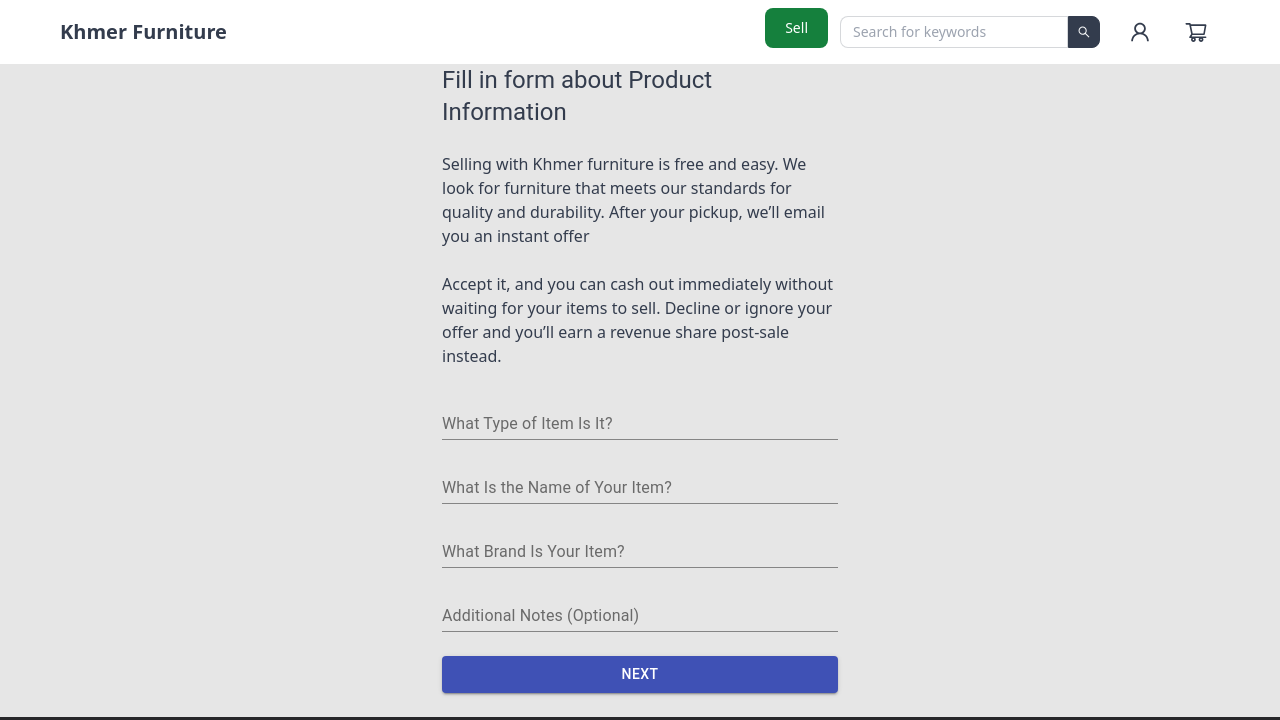
Repository: PlayerNguyen/dotot-shop
Page: /sell (app in client/)
These files come from the project's save history. The page is drawn as it stood at one moment and after the next save; the edit follows.
The browser window is 1280 px wide. The pictures show the whole page.
An inner scrolling area shows only its first screen. The project was rebuilt for these pictures with package versions that can differ from the ones it lists, and the page was loaded fresh each time. Also part of the build but not shown: client/src/components/NoMatch/NoMatch.jsx, client/src/components/Sell/UserDetails.js, client/src/components/Sell/Confirmation.js, client/src/components/Sell/Success.js.

Above is the page before, as saved 2022-12-08 12:40:42.

### client/src/index.html
<!DOCTYPE html>
<html lang="en" data-theme="emerald">
  <head>
    <meta charset="UTF-8" />
    <meta http-equiv="X-UA-Compatible" content="IE=edge" />
    <meta name="viewport" content="width=device-width, initial-scale=1.0" />
    <title>dotot.com - Nơi mua bán đồ cũ</title>
    <link rel="stylesheet" href="./index.css" />
  </head>
  <body>
    <div id="app"></div>

    <script src="./index.js" type="module"></script>
  </body>
</html>

### client/src/index.js
import React, { Suspense } from "react";
import client from "react-dom/client";
import { BrowserRouter } from "react-router-dom";
import App from "./App";
import "./index.css";
const appElement = document.getElementById("app");
let root = client.createRoot(appElement);
import { Provider } from "react-redux";
import { store } from "./stores/globalStore";

root.render(
  <React.StrictMode>
    <BrowserRouter>
      <Provider store={store}>
        <App />
      </Provider>
    </BrowserRouter>
  </React.StrictMode>
);

### client/src/App.jsx
import React, { Suspense } from "react";
import { ToastContainer } from "react-toastify";
import { Link, Route, Routes } from "react-router-dom";
const Home = React.lazy(() => import("./components/Home/Home"));
const Credentials = React.lazy(() =>
  import("./components/Credentials/Credentials")
);
import "react-toastify/dist/ReactToastify.css";
const SignUp = React.lazy(() => import("./components/Credentials/SignUp"));
const SignIn = React.lazy(() => import("./components/Credentials/SignIn"));
import Navbar from "./components/Navbar/Navbar";
const SignOut = React.lazy(() => import("./components/Credentials/SignOut"));
const CredentialSelection = React.lazy(() =>
  import("./components/Credentials/CredentialSelection")
);

import NoMatch from "./components/NoMatch/NoMatch";
import Footer from "./components/Footer/Footer";

const Product = React.lazy(() => import("./components/Product/Product"));
const ProductView = React.lazy(() =>
  import("./components/Product/ProductView")
);
const Profile = React.lazy(() => import("./components/Profile/Profile"));
const ProfileGeneral = React.lazy(() =>
  import("./components/Profile/ProfileGeneral")
);
const RequestSignedIn = React.lazy(() =>
  import("./components/RequestSignedIn/RequestSignedIn")
);

import { AiFillHome, AiOutlineUser } from "react-icons/ai";
const Checkout = React.lazy(() => import("./components/Checkout/Checkout"));

import Sell from "./components/Sell/Sell";

export default function App() {
  return (
    <div className="drawer bg-base-200">
      <input id="app-drawer" type="checkbox" className="drawer-toggle" />

      <div className="drawer-content flex flex-col">
        {/* Navbar */}
        <Suspense>
          <Navbar />
        </Suspense>

        {/* Render home */}
        <Routes>
          <Route path="/">
            <Route
              index
              element={
                <Suspense>
                  <Home />
                </Suspense>
              }
            />
            <Route
              path="/users"
              element={
                <Suspense>
                  <Credentials />
                </Suspense>
              }
            >
              {/* TODO: check whether user is logged in or not, to put current */}
              <Route
                index
                element={
                  <Suspense>
                    <CredentialSelection />
                  </Suspense>
                }
              />
              <Route
                path="/users/sign-up"
                element={
                  <Suspense>
                    <SignUp />
                  </Suspense>
                }
              />
              <Route
                path="/users/sign-in"
                element={
                  <Suspense>
                    <SignIn />
                  </Suspense>
                }
              />
              <Route path="/users/sign-out" element={<SignOut />} />
            </Route>
            <Route
              path="/products"
              element={
                <Suspense>
                  <Product />
                </Suspense>
              }
            >
              <Route
                path=":productId"
                element={
                  <Suspense>
                    <ProductView />
                  </Suspense>
                }
              />
            </Route>
            <Route
              element={
                <Suspense>
                  <RequestSignedIn />
                </Suspense>
              }
            >
              <Route
                path="/profile"
                element={
                  <Suspense>
                    <Profile />
                  </Suspense>
                }
              >
                <Route
                  path="/profile/general"
                  element={
                    <Suspense>
                      <ProfileGeneral />
                    </Suspense>
                  }
                />
              </Route>
            </Route>
            <Route
              path="/checkout"
              element={
                <Suspense>
                  <Checkout />
                </Suspense>
              }
            ></Route>
            <Route path="/sell" element={<Sell />} />
            <Route path="*" element={<NoMatch />} />
          </Route>
        </Routes>

        {/* Footer */}
        <Footer />
      </div>
      {/* Drawer side */}
      <div className="drawer-side">
        <label htmlFor="app-drawer" className="drawer-overlay"></label>
        <ul className="menu p-4 overflow-y-auto w-80 bg-base-100">
          <li>
            <Link to="/" className="">
              <i>
                <AiFillHome />
              </i>
              <span>Home</span>
            </Link>
          </li>

          <li>
            <Link to="/profile">
              <i>
                <AiOutlineUser />
              </i>
              <span>Users</span>
            </Link>
          </li>
        </ul>
      </div>

      <ToastContainer />
    </div>
  );
}

### client/src/stores/globalStore.ts
import { configureStore } from "@reduxjs/toolkit";
import cartSliceReducer from "../slices/CartSlice";
export const store = configureStore({
  reducer: {
    cart: cartSliceReducer,
  },
});

// Infer the `RootState` and `AppDispatch` types from the store itself
export type RootState = ReturnType<typeof store.getState>;
// Inferred type: {posts: PostsState, comments: CommentsState, users: UsersState}
export type AppDispatch = typeof store.dispatch;

### client/src/components/Navbar/Navbar.jsx
import { useState } from "react";
import {
  AiFillSetting,
  AiOutlineSearch,
  AiOutlineShoppingCart,
  AiOutlineUser,
} from "react-icons/ai";
import { ImExit } from "react-icons/im";
import { FiMenu } from "react-icons/fi";
import { Link } from "react-router-dom";

export default function Navbar() {
  const [cartSize, setCartSize] = useState(0);
  const [signedIn, setSignedIn] = useState(false);

  useState(() => {
    setSignedIn(localStorage.getItem("token") !== null);
  }, [localStorage]);

  return (
    <div className="navbar bg-base-100 lg:px-12">
      {/* Navbar start section */}
      <div className="flex flex-row lg:hidden">
        <label htmlFor="app-drawer" className="drawer-button btn btn-ghost">
          <FiMenu className="text-xl" />
        </label>
      </div>

      <div className="flex-1 px-3">
        <Link to="/">
          <h1 className="text-xl font-bold">Khmer Furniture</h1>
        </Link>
      </div>

      {/* Wide screen  */}
      <div className="hidden lg:flex flex-row gap-1 text-2xl">
      <Link to="/sell">
          <h1 className="focus:outline-none text-white bg-green-700 hover:bg-green-800 focus:ring-4 focus:ring-green-300 font-medium rounded-lg text-sm px-5 py-2.5 mr-2 mb-2 dark:bg-green-600 dark:hover:bg-green-700 dark:focus:ring-green-800 ">Sell </h1>
          <span></span>
        </Link>
        {/* Search group */}
        <div>
          <div className=" input-group">
            <input
              className="input input-bordered input-sm"
              placeholder="Search for keywords"
            />
            <button className="btn btn-square btn-sm">
              <AiOutlineSearch />
            </button>
          </div>
        </div>
        {/* Link group */}
        <div className="menu menu-horizontal p-2 rounded-box text-md">
          {!signedIn ? (
            <li>
              <Link to={"/users/"}>
                <AiOutlineUser />
              </Link>
            </li>
          ) : (
            <li>
              <div className="dropdown dropdown-end dropdown-hover block">
                <label tabIndex={0}>
                  <AiOutlineUser />
                </label>
                <ul
                  tabIndex={0}
                  className="menu dropdown-content p-2 shadow bg-base-100 rounded-box w-52 mt-4 text-sm"
                >
                  <li className="block">
                    <Link to="/profile">
                      <AiFillSetting />
                      Profile
                    </Link>
                  </li>
                  <li className="block">
                    <Link to={`/users/sign-out`}>
                      <ImExit />
                      Sign out
                    </Link>
                  </li>
                </ul>
              </div>
            </li>
          )}

          <li>
            <Link to={"/checkout"} className="relative">
              <AiOutlineShoppingCart />
              {cartSize && cartSize > 0 ? (
                <span className="text-sm ">{cartSize}</span>
              ) : null}
            </Link>
          </li>
        </div>
      </div>

      {/* For small screen */}
      <div className="lg:hidden">
        <div className="menu menu-horizontal p-2 rounded-box text-xl">
          {/* Shopping cart */}
          <li>
            <a className="relative">
              <span>
                <AiOutlineShoppingCart />
              </span>
              {cartSize && cartSize > 0 ? (
                <span className="absolute text-sm left-2 top-2 bg-red-400 px-2 rounded-full text-white">
                  {cartSize}
                </span>
              ) : null}
            </a>
          </li>
          {/* Search */}
          <li>
            <a className="relative">
              <AiOutlineSearch />
            </a>
          </li>
        </div>
      </div>
    </div>
  );
}

### client/src/components/Footer/Footer.jsx
import React from "react";
import { AiFillFacebook, AiFillPhone } from "react-icons/ai";

export default function Footer() {
  return (
    <div className="footer-wrapper bg-zinc-800 text-zinc-100 md:px-12">
      <footer className="footer p-12 min-h-[20vh] flex flex-col gap-4 sm:flex-row  sm:gap-10">
        <div className="flex flex-col gap-1 flex-1">
          {/* <div className="font-bold text-2xl">General</div> */}
          <div className={`font-bold text-2xl`}>Contact</div>

          <div>
            <div className="flex flex-row gap-2">
              <span>
                <AiFillPhone />
              </span>
              <span className="text-zinc-400">(+84) 123456789</span>
            </div>
            {/* Social medias */}
            <div className="flex flex-row text-2xl my-1">
              <div>
                <AiFillFacebook />
              </div>
              <div>
                <AiFillFacebook />
              </div>
            </div>
          </div>
        </div>

        <div className="flex-1">
          <div className="text-2xl font-bold">References</div>
          <div className="text-zinc-400">
            <div>Policies</div>
            <div>Exchange and Refurbish</div>
            <div>Warranty</div>
          </div>
        </div>
      </footer>
    </div>
  );
}

### client/src/components/Sell/Sell.jsx
import React, { Component } from 'react'
import ProductDetails from './ProductDetails';
import UserDetails from './UserDetails';
import Confirmation from './Confirmation';
import Success from './Success';

export default class Sell extends Component{

  state = {
    step: 1,
    category: '',
    productName: '',
    brandName: '',
    firstName: '',
    lastName: '',
    country: '',
    levelOfEducation: '',
  }

  // go back to previous step
  prevStep = () => {
    const { step } = this.state;
    this.setState({ step: step - 1 });
  }

  // proceed to the next step
  nextStep = () => {
    const { step } = this.state;
    this.setState({ step: step + 1 });
  }

  // Handle fields change
  handleChange = input => e => {
    this.setState({ [input]: e.target.value });
  }

  render() {
    const { step } = this.state;
    const { category, productName, brandName, firstName, lastName, country, levelOfEducation } = this.state;
    const values = { category, productName, brandName, firstName, lastName, country, levelOfEducation }

    switch(step) {
      case 1:
        return (
          <ProductDetails
            nextStep={ this.nextStep }
            handleChange={ this.handleChange }
            values={ values }
          />
        )
      case 2:
        return (
          <UserDetails
            prevStep={ this.prevStep }
            nextStep={ this.nextStep }
            handleChange={ this.handleChange }
            values={ values }
          />
        )
      case 3:
          return (
            <Confirmation
              prevStep={ this.prevStep }
              nextStep={ this.nextStep }
              values={ values }
            />
          )
        case 4:
          return (
            <Success />
          )
      default:
          // do nothing
    }
  }

}

### client/src/slices/CartSlice.ts
import { createSlice } from "@reduxjs/toolkit";
import type { PayloadAction } from "@reduxjs/toolkit";

const cart = localStorage.getItem(
  process.env.CART_ITEM_KEY_NAME ? process.env.CART_ITEM_KEY_NAME : "cartItems"
);
const initialState = {
  items: cart ? JSON.parse(cart) : new Set(),
};

const CartSlice = createSlice({
  name: "Cart",
  initialState,
  reducers: {
    addCartItem: (state, action: PayloadAction<string>) => {
      if (!state.items.includes(action.payload)) {
        state.items = [...state.items, action.payload];
      }
    },
    removeCartItem: (state, action: PayloadAction<string>) => {
      state.items = [...state.items].filter((ele) => ele !== action.payload);
    },
    clearCartItem: (state) => {
      state.items = [];
    },
  },
});

export const { addCartItem, removeCartItem, clearCartItem } = CartSlice.actions;

export default CartSlice.reducer;

### client/src/components/Sell/ProductDetails.js
import React from 'react'
// import { makeStyles } from '@material-ui/core/styles';
import { Container, Typography, Grid, TextField, Button } from '@material-ui/core'


const ProductDetails = ({ nextStep, handleChange, values }) => {

    // for continue event listener
    const Continue = e => {
      e.preventDefault();
      nextStep();
    }

    return (
      <Container  component="main" maxWidth="xs">
        <div>
          <Typography  component="h1" variant="h5" className='content-center '>
           Fill in form about Product Information
          </Typography>
          <br/>
          <div> Selling with Khmer furniture is free and easy. We look for furniture that meets our standards for quality and durability.
          After your pickup, we’ll email you an instant offer </div>
          <br/>
          <div> Accept it, and you can cash out immediately without waiting for your items to sell.
           Decline or ignore your offer and you’ll earn a revenue share post-sale instead.</div>
           <br/>
          <form>
            <Grid container spacing={2}>
                {/* Category */}
                <Grid item xs={12}>
                  <TextField
                    placeholder="Category type"
                    label="What Type of Item Is It?"
                    onChange={handleChange('category')}
                    defaultValue={values.category}
                    // variant="outlined"
                    // autoComplete="chair"
                    fullWidth
                  />
                </Grid>
                <br />
                {/* Product Name */}
                <Grid item xs={12}>
                  <TextField
                    placeholder="Product Name "
                    label="What Is the Name of Your Item?"
                    onChange={handleChange('productName')}
                    defaultValue={values.productName}
                    // variant="outlined"
                    // autoComplete="productName"
                    fullWidth
                  />
                </Grid>
                <br />
                {/* Brand Name */}
                <Grid item xs={12}>
                  <TextField
                    placeholder="Brand Name"
                    label="What Brand Is Your Item? "
                    onChange={handleChange('brandName')}
                    defaultValue={values.brandName}
                    // variant="outlined"
                    // autoComplete="password"
                    fullWidth
                    // type="password"
                  />
                </Grid>
                  {/* Additional Notes */}
              <Grid item xs={12}>
                <TextField
                  placeholder="Additional Notes (Optional)"
                  label="Additional Notes (Optional)"
                  onChange={handleChange('levelOfEducation')}
                  defaultValue={values.levelOfEducation}
                  autoComplete="Level of Education"
                  fullWidth
                />
              </Grid>
            </Grid>
            <br />
            <Button
              onClick={ Continue }
              type="submit"
              fullWidth
              variant="contained"
              color="primary"
            >
              Next
            </Button>
          </form>
        </div>
        <br/>
      </Container>
    )
  }

  export default ProductDetails

### client/tailwind.config.js
/** @type {import('tailwindcss').Config} */
module.exports = {
  content: ["./src/**/*.{html,js,ts,jsx,tsx}"],
  theme: {
    extend: {},
  },
  plugins: [require("daisyui")],
  // daisyUI config (optional)
  daisyui: {
    styled: true,
    themes: true,
    base: true,
    utils: true,
    logs: true,
    rtl: false,
    prefix: "",
    darkTheme: "dark",
  },
};

Loaded but not shown: client/src/index.css (common file)

After the next save:
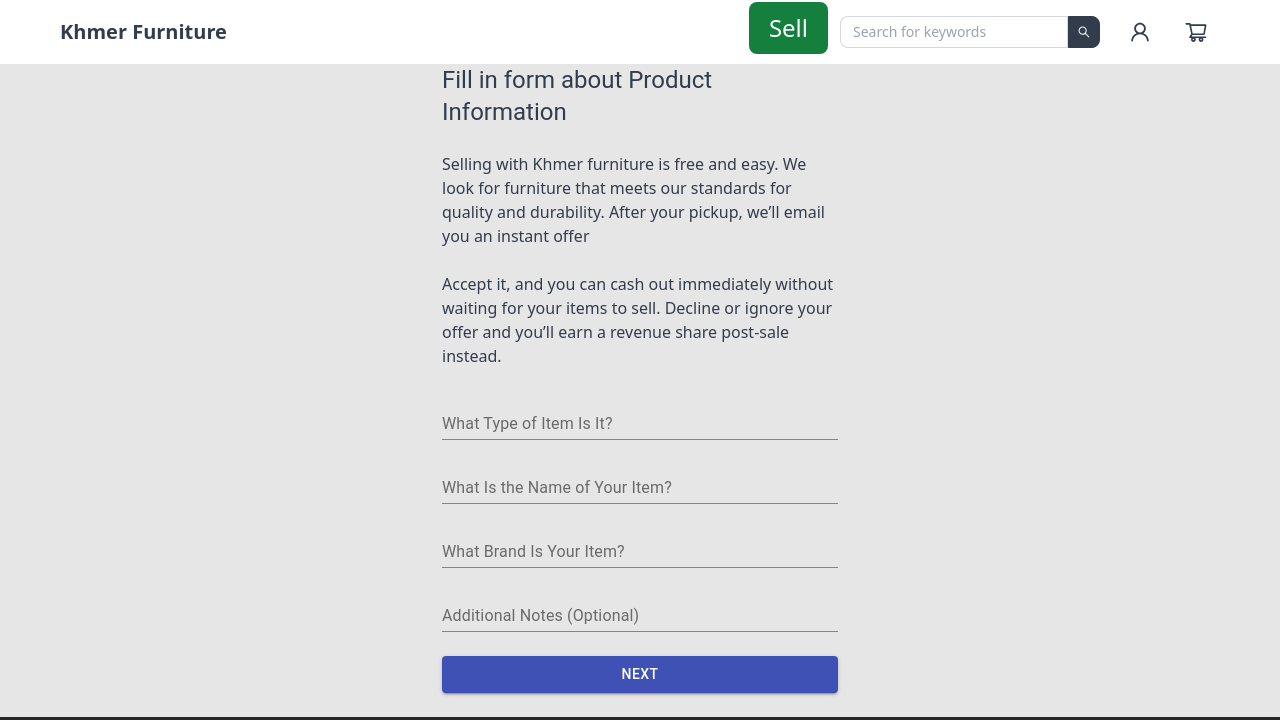
Saved 27 s later.
--- a/client/src/components/Navbar/Navbar.jsx
+++ b/client/src/components/Navbar/Navbar.jsx
@@ -35,7 +35,7 @@ export default function Navbar() {
       {/* Wide screen  */}
       <div className="hidden lg:flex flex-row gap-1 text-2xl">
       <Link to="/sell">
-          <h1 className="focus:outline-none text-white bg-green-700 hover:bg-green-800 focus:ring-4 focus:ring-green-300 font-medium rounded-lg text-sm px-5 py-2.5 mr-2 mb-2 dark:bg-green-600 dark:hover:bg-green-700 dark:focus:ring-green-800 ">Sell </h1>
+          <h1 className="focus:outline-none text-white bg-green-700 hover:bg-green-800 focus:ring-4 focus:ring-green-300 font-medium rounded-lg text-m px-5 py-2.5 mr-2 mb-2 dark:bg-green-600 dark:hover:bg-green-700 dark:focus:ring-green-800 ">Sell </h1>
           <span></span>
         </Link>
         {/* Search group */}
